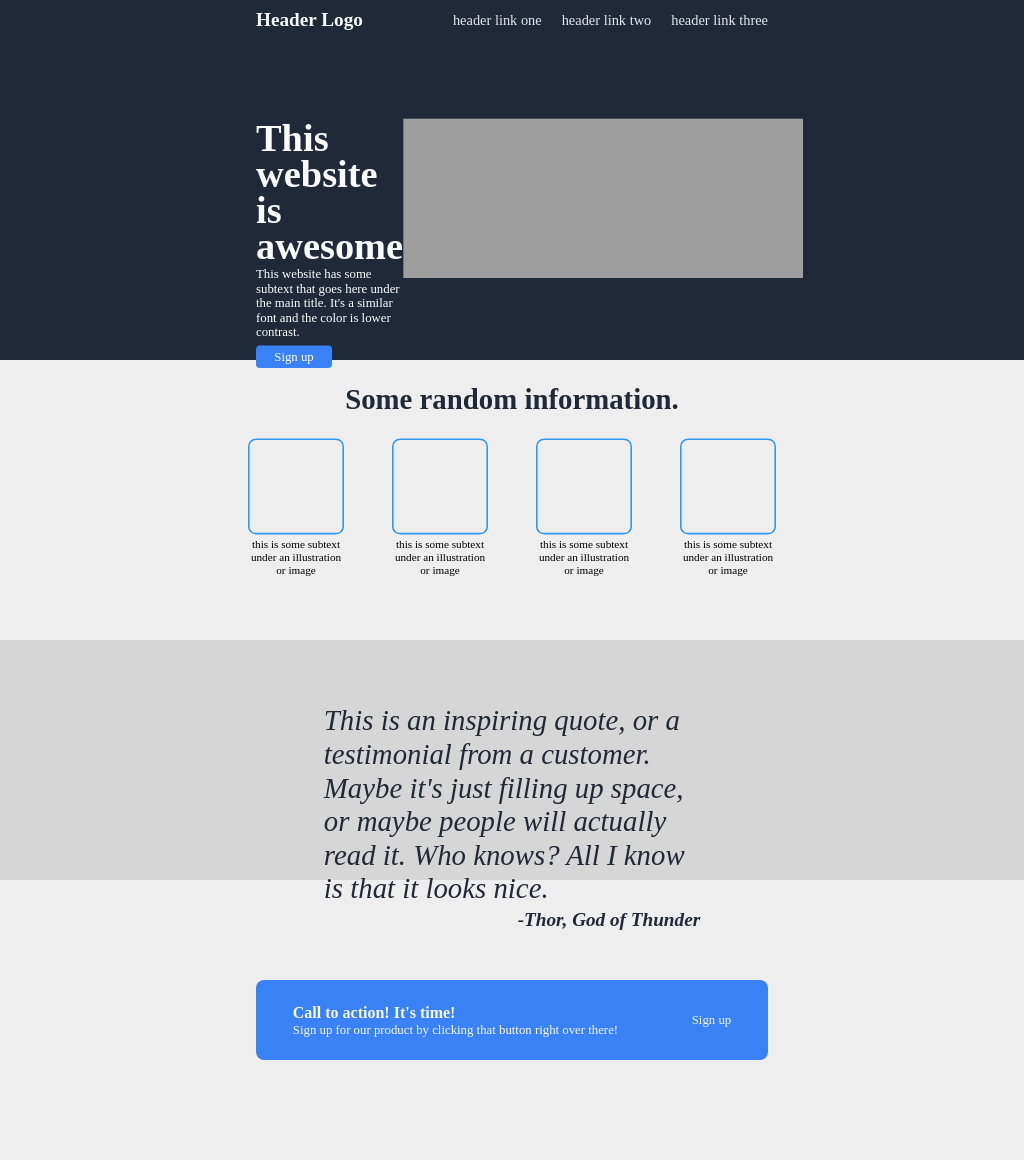
Repository: Pafestivo/Dummy-Landing-Page
Page: index.html
An editor plug-in stored every save of this project. The page is shown before and after the next save, followed by the edit.
The browser window is 1280 px wide. The pictures show the whole page, at 80% of full size.
Pictures or frames that could not be fetched are drawn as grey boxes.

Above is the page before, as saved 2022-09-26 19:40:04.

After the next save:
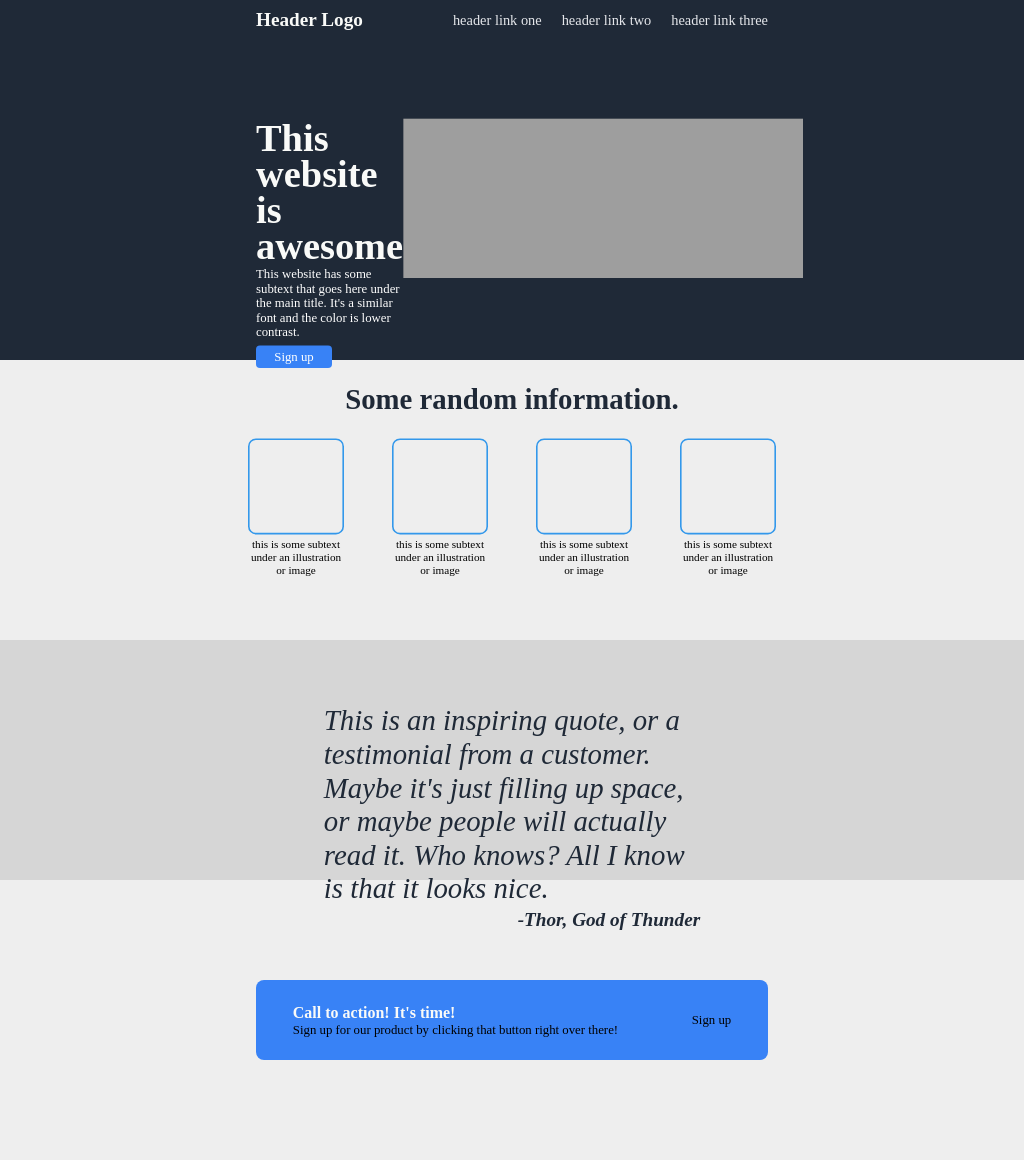
Saved 29 s later.
--- a/styles.css
+++ b/styles.css
@@ -171,7 +171,6 @@ right p {
 
 .coa {
   display: flex;
-  color: #F9FAF8;
   justify-content: space-around;
   align-items: center;
   width: 100%;
@@ -182,5 +181,6 @@ right p {
 
 .coa h1 {
   font-size: 20px;
+  color: #F9FAF8;
 }
 /* End fourth section */
